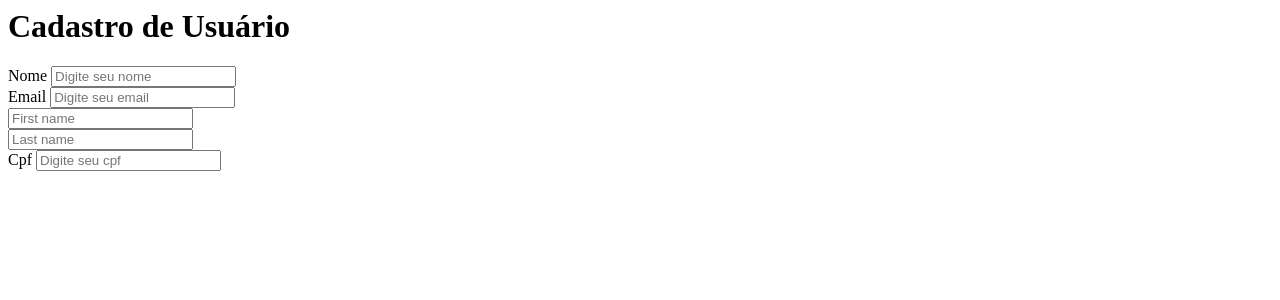
Repository: formatech2018/BRUNNO-S-FILMES
Page: sistema.filmes/src/main/webapp/resources/html/cadastro.html
The author's editor kept a copy of each file at every save. The page is drawn from the files as they stood at one save, then again after the next save.
The browser window is 1280 px wide. The pictures show the whole page.

Above is the page before, as saved 2018-08-04 13:55:26.

### sistema.filmes/src/main/webapp/resources/html/cadastro.html
<h1>Cadastro de Usuário</h1>

<form>
	<div class="row">
		<div class="col">
			<label for="colFormLabel" class="col-sm-2 col-form-label">Nome</label>
			<input type="text" name="nome" class="form-control"
				placeholder="Digite seu nome">
		</div>
		<div class="col">
			<label for="colFormLabel" class="col-sm-2 col-form-label">Email</label>
			<input type="text" name="email" class="form-control"
				placeholder="Digite seu email">
		</div>
	</div>

	<div class="row">
    <div class="col">
      <input type="text" class="form-control" placeholder="First name">
    </div>
    <div class="col">
      <input type="text" class="form-control" placeholder="Last name">
    </div>
  </div>

		<div class="col">
			<label for="colFormLabel" class="col-sm-2 col-form-label">Cpf</label>
			<input type="text" name="cpf" class="form-control"
				placeholder="Digite seu cpf">
		</div>


</form>

After the next save:
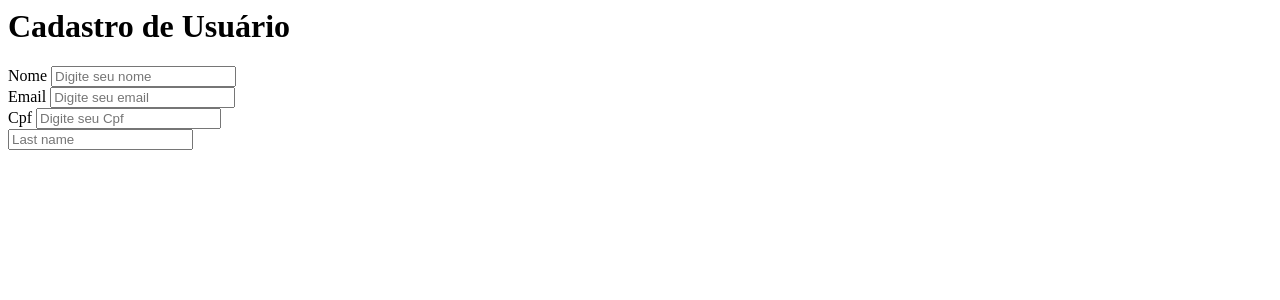
Saved 56 s later.
--- a/sistema.filmes/src/main/webapp/resources/html/cadastro.html
+++ b/sistema.filmes/src/main/webapp/resources/html/cadastro.html
@@ -15,19 +15,16 @@
 	</div>
 
 	<div class="row">
-    <div class="col">
-      <input type="text" class="form-control" placeholder="First name">
-    </div>
-    <div class="col">
-      <input type="text" class="form-control" placeholder="Last name">
-    </div>
-  </div>
-
 		<div class="col">
 			<label for="colFormLabel" class="col-sm-2 col-form-label">Cpf</label>
-			<input type="text" name="cpf" class="form-control"
-				placeholder="Digite seu cpf">
+			<input type="text" class="form-control" placeholder="Digite seu Cpf">
 		</div>
+		<div class="col">
+			<input type="text" class="form-control" placeholder="Last name">
+		</div>
+	</div>
+
+
 
 
 </form>
